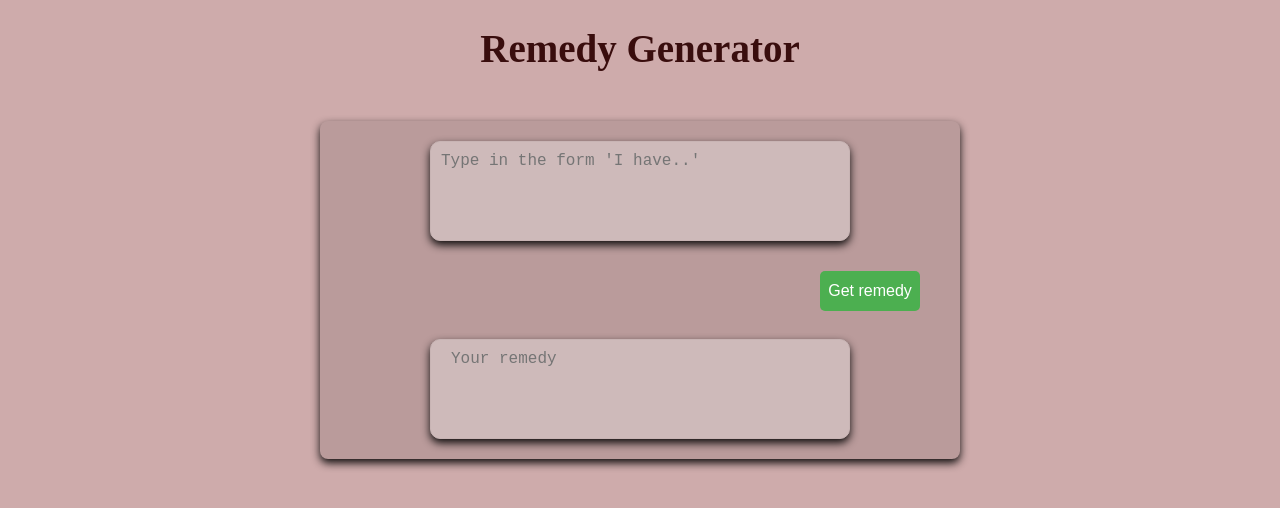
Repository: krutarthh/Ayurvedic-Remedy
Page: index.html
These files come from the project's save history. The page is drawn as it stood at one moment and after the next save; the edit follows.
The browser window is 1280 px wide. The pictures show the whole page.

Above is the page before, as saved 2024-04-06 20:51:36.

After the next save:
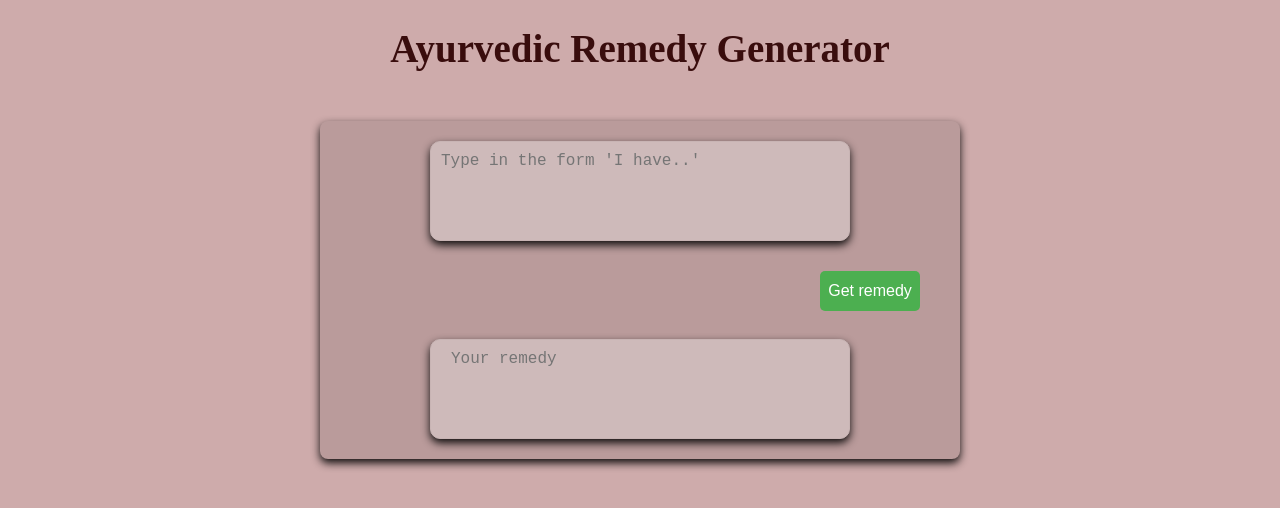
Saved 22 s later.
--- a/index.html
+++ b/index.html
@@ -12,7 +12,7 @@
   </head>
   <body>
 
-    <h1 id="main_title">Remedy Generator</h1>
+    <h1 id="main_title">Ayurvedic Remedy Generator</h1>
     <div class="container">
     <link rel="stylesheet" href="app.css">
 
